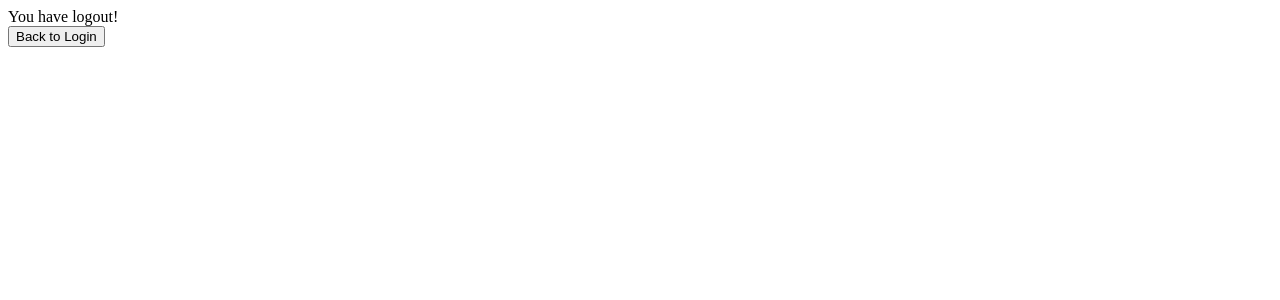
Repository: huihuitian1030/CS5300Project1
Page: http://localhost/project1b/errorPage.jsp
An editor plug-in stored every save of this project. The page is shown before and after the next save, followed by the edit.
The browser window is 1280 px wide. The pictures show the whole page.
The page is served by Tomcat 9. Nobody is signed in. The application's start-up code is not run. Other server files are loaded and not shown.

Above is the page before, as saved 2016-04-13 18:57:43.

### project1b/WebContent/errorPage.jsp
<%@ page language="java" contentType="text/html; charset=ISO-8859-1"
    pageEncoding="ISO-8859-1"
    import="javax.servlet.http.Cookie,java.util.*,java.io.*,cs5300Project1b.*"
%>
<!DOCTYPE html PUBLIC "-//W3C//DTD HTML 4.01 Transitional//EN" "http://www.w3.org/TR/html4/loose.dtd">
<html>
<head>
<meta http-equiv="Content-Type" content="text/html; charset=ISO-8859-1">
<title>logout</title>
</head>
<body>



You have logout!<br />


<form action ="server" method = "GET">
<input type = "submit" name = "function" value = "Back to Login" />

</form>

</body>
</html>

After the next save:
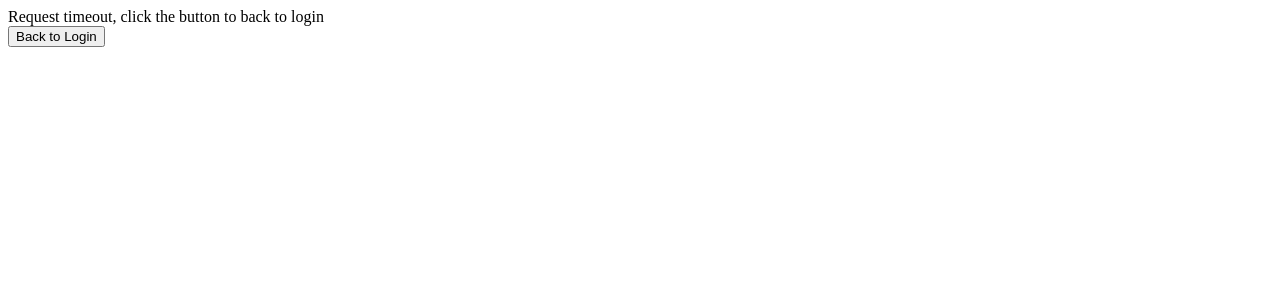
Saved 62 s later.
--- a/project1b/WebContent/errorPage.jsp
+++ b/project1b/WebContent/errorPage.jsp
@@ -12,7 +12,7 @@
 
 
 
-You have logout!<br />
+Request timeout, click the button to back to login<br />
 
 
 <form action ="server" method = "GET">
